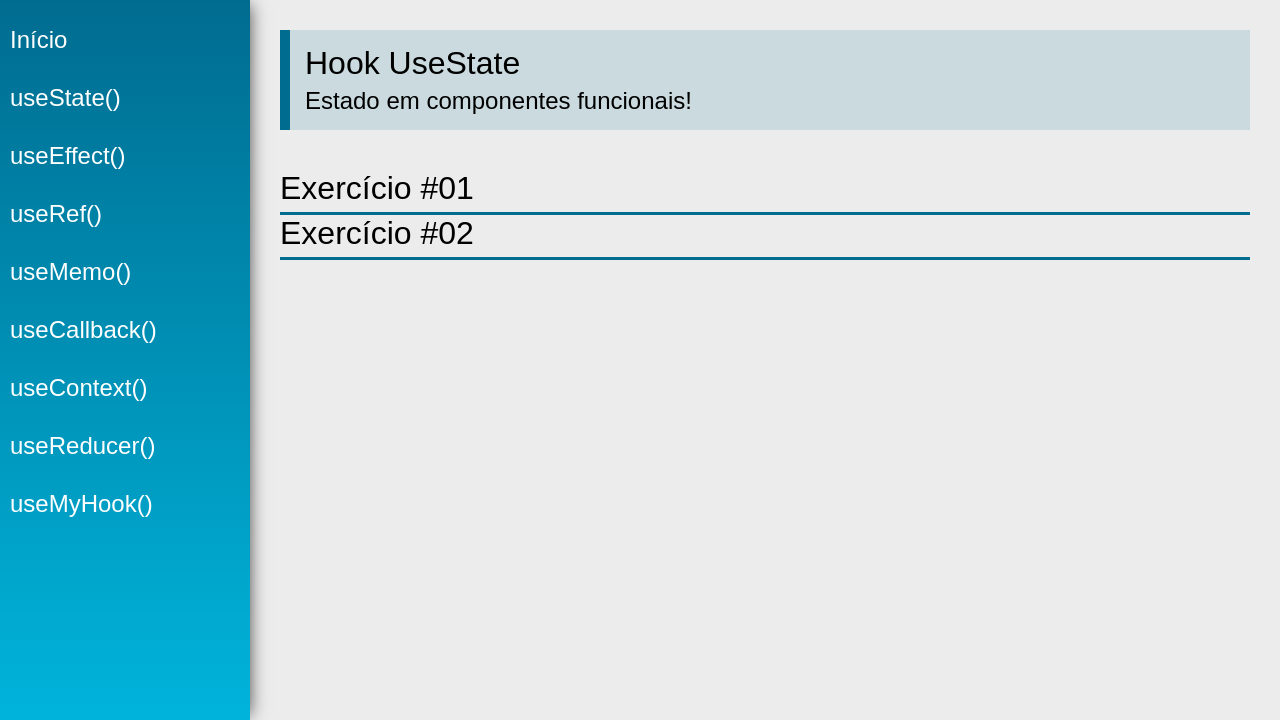
Repository: jean-siqueira/react-hoocks
Page: /useState
The author's editor kept a copy of each file at every save. The page is drawn from the files as they stood at one save, then again after the next save.
The browser window is 1280 px wide. The pictures show the whole page.
The project was rebuilt for these pictures with package versions that can differ from the ones it lists, and the page was loaded fresh each time. Also part of the build but not shown: src/views/examples/Home.jsx, src/views/examples/NotFound.jsx, src/views/examples/UseEffect.jsx, src/views/examples/UseRef.jsx, src/views/examples/UseCallback.jsx, src/views/examples/UseMemo.jsx, src/views/examples/UseContext.jsx, src/views/examples/UseReducer.jsx and 1 more.

Above is the page before, as saved 2023-04-01 09:28:19.

After the next save:
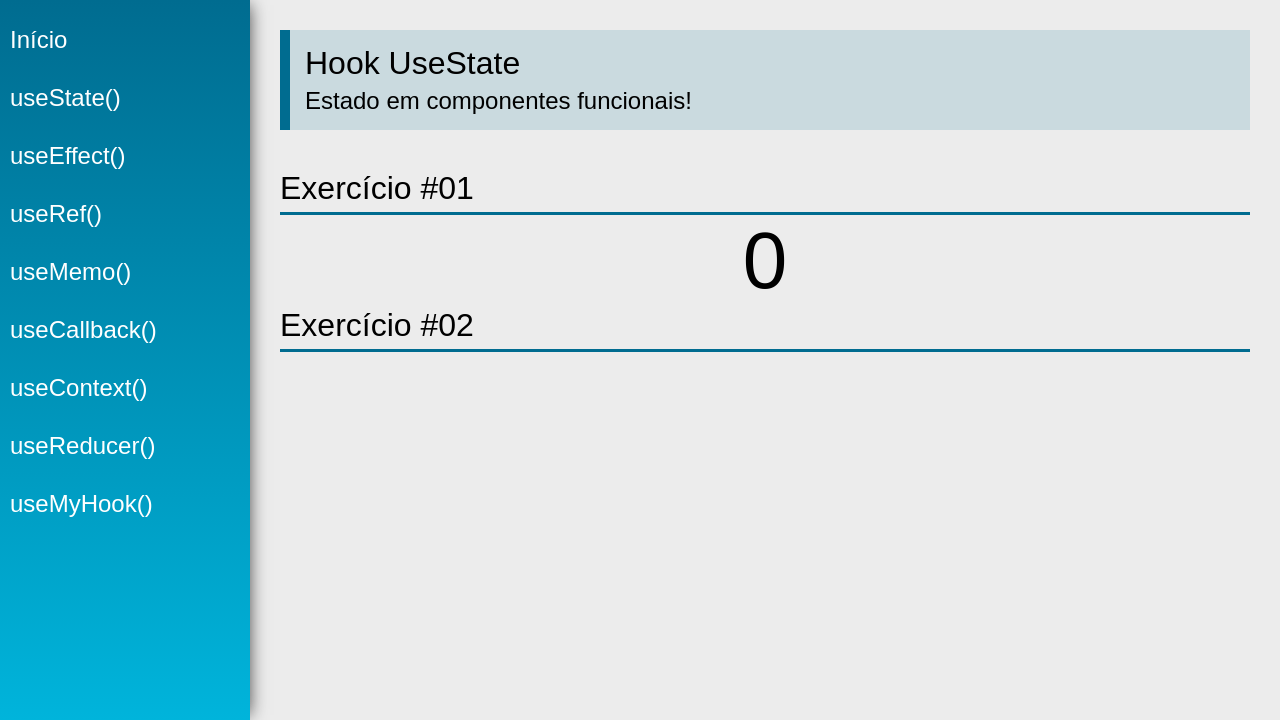
Saved 89 s later.
--- a/src/views/examples/UseState.jsx
+++ b/src/views/examples/UseState.jsx
@@ -13,6 +13,9 @@ const UseState = (props) => {
                 subtitle="Estado em componentes funcionais!"
             />
             <SectionTitle title="Exercício #01" />
+            <div className="center">
+                <span className="text">{count}</span>
+            </div>
 
             <SectionTitle title="Exercício #02" />
         </div>
